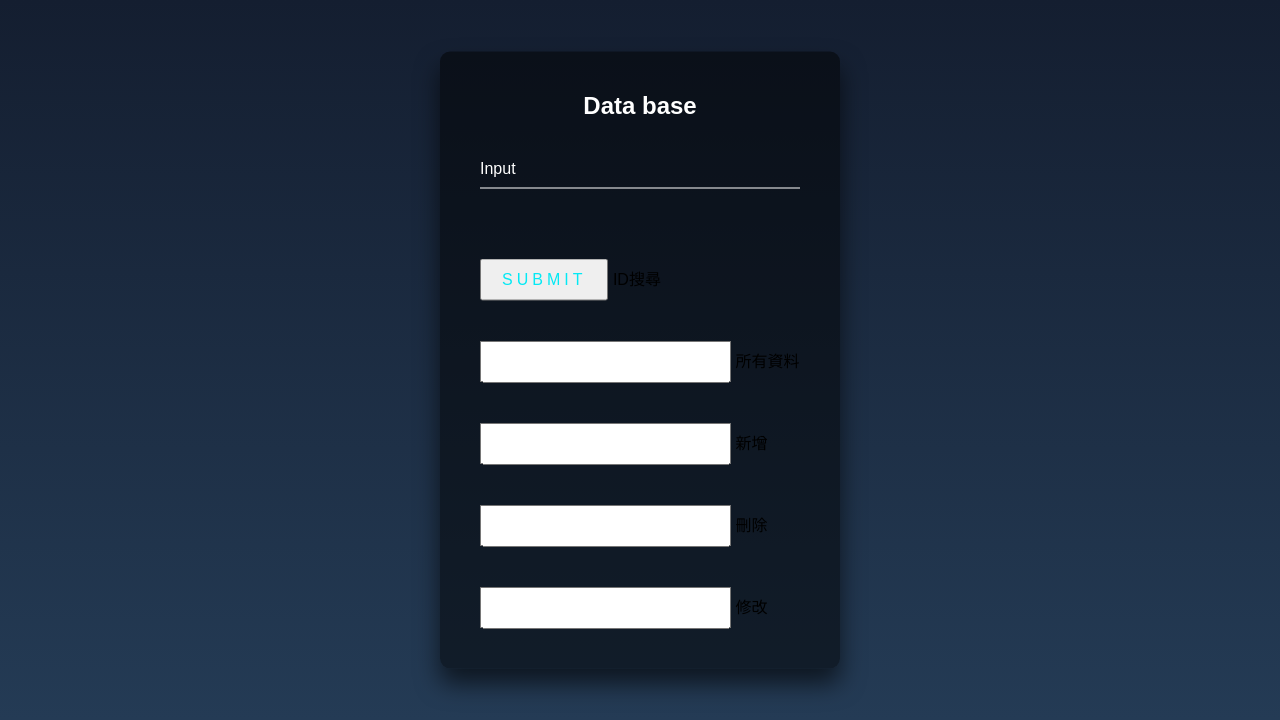
Repository: Ray917x/JaveEEforProject
Page: JSP/src/main/webapp/project/MainPageCSS.html
The author's editor kept a copy of each file at every save. The page is drawn from the files as they stood at one save, then again after the next save.
The browser window is 1280 px wide. The pictures show the whole page.

Above is the page before, as saved 2022-09-14 08:18:15.

### JSP/src/main/webapp/project/MainPageCSS.html
<!DOCTYPE html>
<html lang="en">

<head>
<meta charset="UTF-8">
<meta http-equiv="X-UA-Compatible" content="IE=edge">
<meta name="viewport" content="width=device-width, initial-scale=1.0">
<title>Document</title>
<style>
html {
	height: 100%;
}

body {
	margin: 0;
	padding: 0;
	font-family: sans-serif;
	background: linear-gradient(#141e30, #243b55);
}

.login-box {
	position: absolute;
	top: 50%;
	left: 50%;
	width: 400px;
	padding: 40px;
	transform: translate(-50%, -50%);
	background: rgba(0, 0, 0, .5);
	box-sizing: border-box;
	box-shadow: 0 15px 25px rgba(0, 0, 0, .6);
	border-radius: 10px;
}

.login-box h2 {
	margin: 0 0 30px;
	padding: 0;
	color: #fff;
	text-align: center;
}

.login-box .user-box {
	position: relative;
}

.login-box .user-box input {
	width: 100%;
	padding: 10px 0;
	font-size: 16px;
	color: #fff;
	margin-bottom: 30px;
	border: none;
	border-bottom: 1px solid #fff;
	outline: none;
	background: transparent;
}

.login-box .user-box label {
	position: absolute;
	top: 0;
	left: 0;
	padding: 10px 0;
	font-size: 16px;
	color: #fff;
	pointer-events: none;
	transition: .5s;
}

.login-box .user-box input:focus ~label, .login-box .user-box input:valid
	~label {
	top: -20px;
	left: 0;
	color: #03e9f4;
	font-size: 12px;
}


.login-box form .button {
	position: relative;
	display: inline-block;
	padding: 10px 20px;
	color: #03e9f4;
	font-size: 16px;
	text-decoration: none;
	text-transform: uppercase;
	overflow: hidden;
	transition: .5s;
	margin-top: 40px;
	letter-spacing: 4px
}

.login-box .button:hover {
	background: #03e9f4;
	color: #fff;
	border-radius: 5px;
	box-shadow: 0 0 5px #03e9f4, 0 0 25px #03e9f4, 0 0 50px #03e9f4, 0 0
		100px #03e9f4;
}

.login-box .button span {
	position: absolute;
	display: block;
}

.login-box .button span:nth-child(1) {
	top: 0;
	left: -100%;
	width: 100%;
	height: 2px;
	background: linear-gradient(90deg, transparent, #03e9f4);
	animation: btn-anim1 1s linear infinite;
	z-index:2;
}

@
keyframes btn-anim1 { 0% {
	left: -100%;
}

50
%
,
100
%
{
left
:
100%;
}
}
.login-box .button span:nth-child(2) {
	top: -100%;
	right: 0;
	width: 2px;
	height: 100%;
	background: linear-gradient(180deg, transparent, #03e9f4);
	animation: btn-anim2 1s linear infinite;
	animation-delay: .25s
	z-index:2;
}

@
keyframes btn-anim2 { 0% {
	top: -100%;
}

50
%
,
100
%
{
top
:
100%;
}
}
.login-box .button span:nth-child(3) {
	bottom: 0;
	right: -100%;
	width: 100%;
	height: 2px;
	background: linear-gradient(270deg, transparent, #03e9f4);
	animation: btn-anim3 1s linear infinite;
	animation-delay: .5s
}

@
keyframes btn-anim3 { 0% {
	right: -100%;
}

50
%
,
100
%
{
right
:
100%;
}
}
.login-box .button span:nth-child(4) {
	bottom: -100%;
	left: 0;
	width: 2px;
	height: 100%;
	background: linear-gradient(360deg, transparent, #03e9f4);
	animation: btn-anim4 1s linear infinite;
	animation-delay: .75s
}

@
keyframes btn-anim4 { 0% {
	bottom: -100%;
}
50
%
,
100
%
{
bottom
:
100%;
}
}
</style>
</head>

<body>
	<div class="login-box">
		<h2>Data base</h2>
		<form method="post" action="/JSP/AnimalGetJSTL">
			<div class="user-box">
				<input type="text" name="animal_id" required> <label>Input</label>
			</div>

			<input type="submit" class="button">
			<span></span>
			<span></span>
			<span></span>
			<span></span> ID搜尋

			<input class="button" formaction="/JSP/AnimalGetAllJSTL">
			<span></span>
			<span></span>
			<span></span>
			<span></span> 所有資料</input>

			<input class="button" formaction="AnimalCreate.html">
			<span></span>
			<span></span>
			<span></span>
			<span></span> 新增</input>

			<input class="button" formaction="/JSP/AnimalDelete">
			<span></span>
			<span></span>
			<span></span>
			<span></span> 刪除</input>

			<input class="button" formaction="/JSP/AnimalGetUpdateJSTL">
			<span></span>
			<span></span>
			<span></span>
			<span></span> 修改</input>
		</form>
	</div>
</body>

</html>

After the next save:
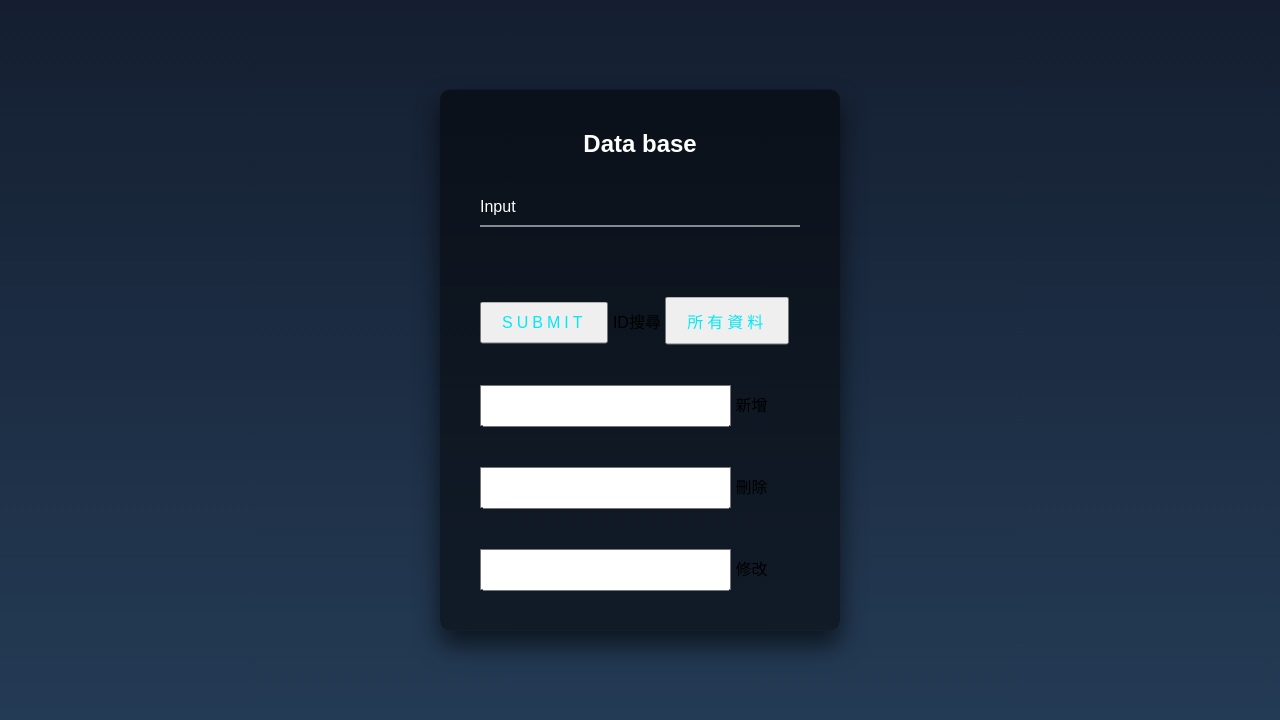
Saved 50 s later.
--- a/JSP/src/main/webapp/project/MainPageCSS.html
+++ b/JSP/src/main/webapp/project/MainPageCSS.html
@@ -222,11 +222,11 @@ bottom
 			<span></span>
 			<span></span> ID搜尋
 
-			<input class="button" formaction="/JSP/AnimalGetAllJSTL">
-			<span></span>
-			<span></span>
-			<span></span>
-			<span></span> 所有資料</input>
+			<button class="button" formaction="/JSP/AnimalGetAllJSTL">
+			<span></span>
+			<span></span>
+			<span></span>
+			<span></span> 所有資料</button>
 
 			<input class="button" formaction="AnimalCreate.html">
 			<span></span>
